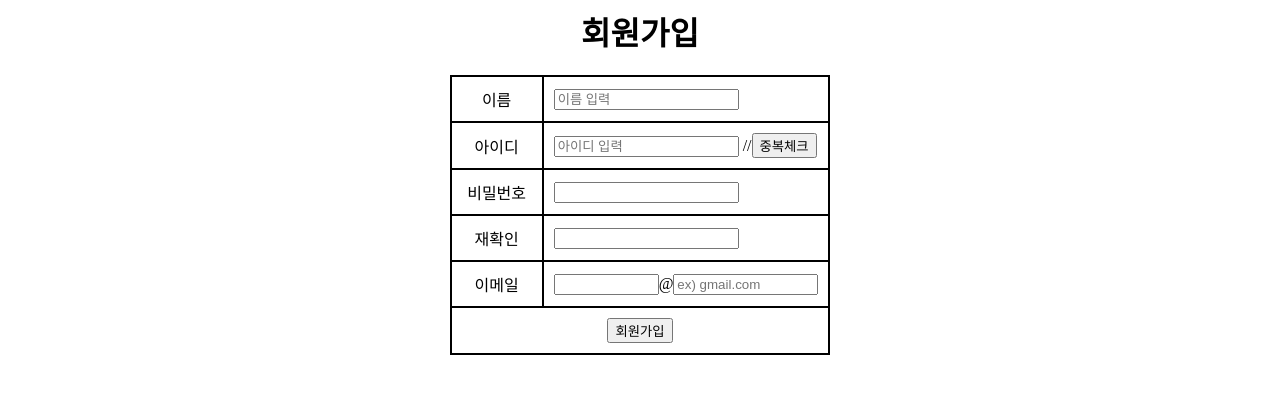
Repository: CHANGMAN-LEE/Java_ee
Page: http://localhost/test/template/write.jsp
An editor plug-in stored every save of this project. The page is shown before and after the next save, followed by the edit.
The browser window is 1280 px wide. The pictures show the whole page.
The page is served by Tomcat 9.

Above is the page before, as saved 2020-07-09 07:25:48.

After the next save:
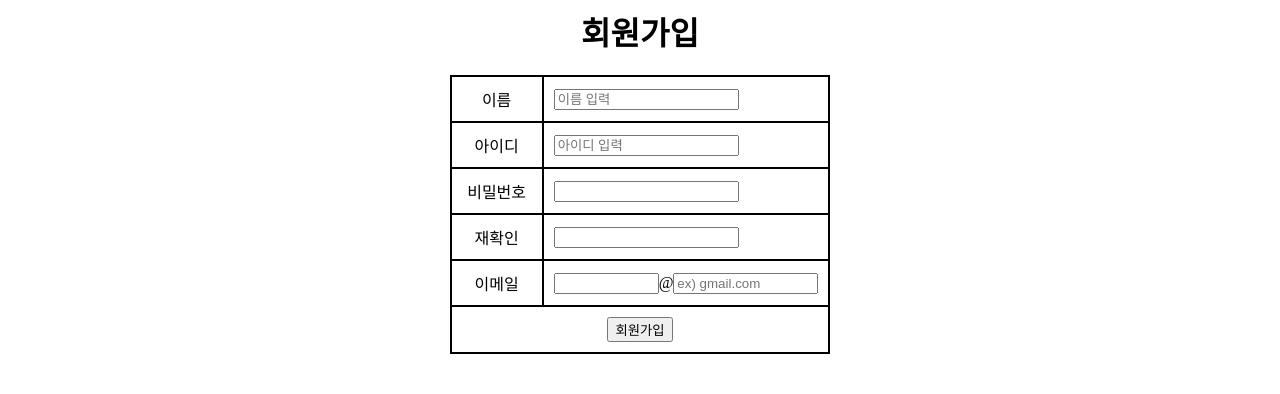
Saved 7 s later.
--- a/workspace/test/WebContent/template/write.jsp
+++ b/workspace/test/WebContent/template/write.jsp
@@ -17,7 +17,6 @@
 			<td align="center">아이디</td>
 			<td>
 				<input type="text" name="id" id="id" placeholder="아이디 입력">
-				//<input type="button" value="중복체크" id="checkId">
 				<input type="hidden" name="check" value="" id="check">
 				<div id="idDiv"></div>
 			</td>
